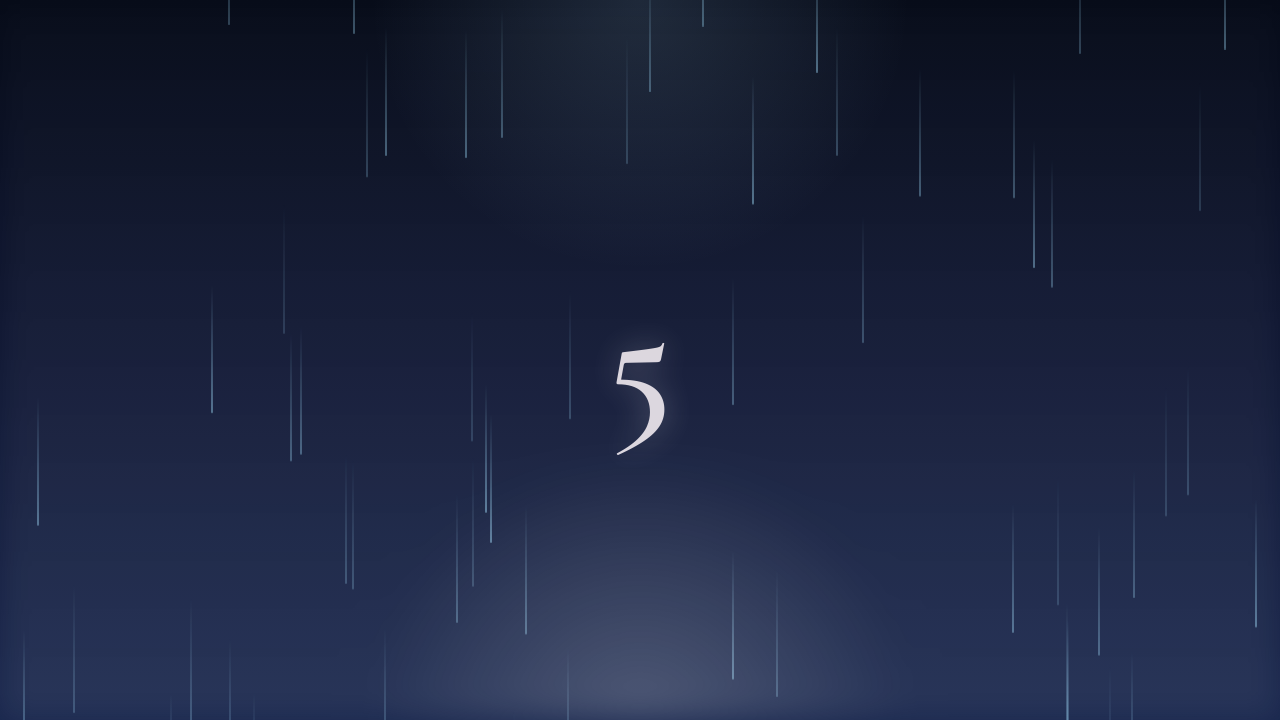
Repository: muhamadfadly-18/Aorelria
Page: index.html
An editor plug-in stored every save of this project. The page is shown before and after the next save, followed by the edit.
The browser window is 1280 px wide. The pictures show the whole page.
Some web fonts or font styles are not loaded; a fallback is used.

Above is the page before, as saved 2026-05-07 15:08:17.
Console error: ReferenceError: setupMemoryScene is not defined

### index.html
<!doctype html>
<html lang="id">
  <head>
    <meta charset="UTF-8" />
    <meta name="viewport" content="width=device-width, initial-scale=1.0" />
    <title>Untuk Kamu</title>
    <link rel="preconnect" href="https://fonts.googleapis.com" />
    <link rel="preconnect" href="https://fonts.gstatic.com" crossorigin />
    <link
      href="https://fonts.googleapis.com/css2?family=Cormorant+Garamond:wght@400;500;600;700&family=Marhey:wght@400;700&family=Nunito:wght@400;600;700&display=swap"
      rel="stylesheet"
    />
    <link rel="stylesheet" href="style.css" />
  </head>
  <body>
    <audio id="bgMusic" loop autoplay preload="auto">
      <source src="assets/music/Kiss the Rain.mp3" type="audio/mp3" />
    </audio>

    <section class="intro-screen" id="introScreen">
      <div class="intro-screen__rain" aria-hidden="true" id="rainLayer"></div>
      <div class="intro-screen__mist"></div>
      <div class="intro-screen__content">
        <div class="intro-screen__countdown" id="countdownText">5</div>
        <button
          class="primary-button intro-screen__button hidden"
          id="beginBtn"
          type="button"
        >
          Mulai Cerita
        </button>
      </div>
    </section>

    <div class="loading-screen hidden" id="loadingScreen">
      <div class="loading-screen__stars"></div>
      <div class="loading-screen__content">
        <div class="loading-screen__moon"></div>
        <p class="loading-screen__eyebrow" id="loadingLabel">
          moonlight loading
        </p>
        <h1 class="loading-screen__title" id="loadingTitle">
          Loading Love Story
        </h1>
        <div class="loading-screen__bar">
          <div class="loading-screen__fill" id="loadingFill"></div>
        </div>
      </div>
    </div>

    <section class="montage-section hidden" id="montageSection">
      <div class="montage-section__bg"></div>
      <div
        class="montage-section__rain"
        aria-hidden="true"
        id="montageRain"
      ></div>
      <div class="montage-shell">
        <div class="montage-orb montage-orb--left"></div>
        <div class="montage-orb montage-orb--right"></div>
        <div class="montage-track" id="montageTrack"></div>
      </div>
    </section>

    <section class="game-section hidden" id="gameSection">
      <div class="game-section__bg"></div>
      <div class="game-panel">
        <p class="game-panel__eyebrow">mini game cinta</p>
        <h2 class="game-panel__title">Tembak Hati Dengan Lembut</h2>
        <p class="game-panel__text">
          Kumpulkan 10 hati. Panel ini dibuat kecil di atas supaya panggungnya
          tetap bersih.
        </p>
        <div class="game-panel__score">Score <span id="score">0</span>/10</div>
      </div>

      <div class="archer-stage">
        <div class="hearts-container" id="heartsContainer"></div>
        <div class="arrow-layer" id="arrowLayer"></div>
        <div class="archer-bow" aria-hidden="true">
          <div class="archer-bow__glow"></div>
          <div class="archer-bow__body"></div>
          <div class="archer-bow__string"></div>
          <div class="archer-bow__arrow"></div>
        </div>
      </div>
    </section>

    <section class="memory-section hidden" id="bookSection">
      <div class="memory-section__glow"></div>
      <div class="memory-section__icons" aria-hidden="true">
        <span>✦</span>
        <span>♡</span>
        <span>☾</span>
        <span>✿</span>
        <span>♫</span>
        <span>✧</span>
        <span>♡</span>
        <span>☁</span>
      </div>

      <div class="memory-layout">
        <header class="memory-hero">
          <h2 class="memory-hero__title">Kumpulan Kenangan Kecil Buat Kamu</h2>

          <div class="memory-hero__progress">
            Kenangan terbuka <span id="memoryCount">0</span>/6
          </div>
        </header>

        <div class="memory-stage">
          <aside class="memory-rail" id="memoryNodes">
            <button class="memory-node" type="button" data-memory="0">
              <span class="memory-node__number">01</span>
              <span class="memory-node__label">First Glow</span>
            </button>
            <button class="memory-node" type="button" data-memory="1">
              <span class="memory-node__number">02</span>
              <span class="memory-node__label">Soft Smile</span>
            </button>
            <button class="memory-node" type="button" data-memory="2">
              <span class="memory-node__number">03</span>
              <span class="memory-node__label">Little Talk</span>
            </button>
            <button class="memory-node" type="button" data-memory="3">
              <span class="memory-node__number">04</span>
              <span class="memory-node__label">Moon Scene</span>
            </button>
            <button class="memory-node" type="button" data-memory="4">
              <span class="memory-node__number">05</span>
              <span class="memory-node__label">Warm World</span>
            </button>
            <button class="memory-node" type="button" data-memory="5">
              <span class="memory-node__number">06</span>
              <span class="memory-node__label">Last Note</span>
            </button>
          </aside>
          <div class="dream-world" id="dreamWorld">
            <div class="dream-world__moon"></div>
            <div class="dream-world__mist"></div>

            <div class="memory-tree">
              <div class="tree-trunk"></div>

              <div class="tree-leaves"></div>

              <button class="memory-fruit" data-memory="0">🍎</button>

              <button class="memory-fruit" data-memory="1">🍑</button>

              <button class="memory-fruit" data-memory="2">🍒</button>

              <button class="memory-fruit" data-memory="3">🍓</button>

              <button class="memory-fruit" data-memory="4">🍊</button>

              <button class="memory-fruit" data-memory="5">✨</button>
            </div>
          </div>
          <article class="memory-card" id="memoryCard">
            <div
              class="memory-card__sparkles"
              id="memoryParticles"
              aria-hidden="true"
            ></div>
            <div class="memory-card__badge" id="memoryBadge">memory 01</div>
            <img
              class="memory-card__image"
              id="memoryImage"
              src="assets/images/memory-photo-01.jpeg"
              alt="Kenangan utama"
            />
            <div class="memory-card__content">
              <h3 class="memory-card__title" id="memoryTitle">
                Kalau Hari Itu Diulang
              </h3>
              <p class="memory-card__subtitle" id="memorySubtitle">
                soft sky, quiet heart
              </p>
              <div class="memory-dialogue">
                <div class="memory-dialogue__meta">
                  <span class="memory-dialogue__speaker" id="memorySpeaker"
                    >Narrator</span
                  >
                  <span class="memory-dialogue__chapter" id="memoryChapter"
                    >Episode 01</span
                  >
                </div>
                <p class="memory-card__text" id="memoryText">
                  Kamu bikin hari biasa terasa lebih indah.
                </p>
                <div class="memory-dialogue__tags">
                  <span class="memory-tag" id="memoryMood">dreamy</span>
                  <span class="memory-tag" id="memoryTag">soft route</span>
                </div>
              </div>
            </div>
          </article>
        </div>

        <div class="memory-finale">
          <button class="primary-button hidden" id="closeBook" type="button">
            Lihat Ending
          </button>
        </div>
      </div>

      <div class="final-message hidden" id="finalMessage">
        <p class="final-message__eyebrow">the softest ending</p>
        <h1>Semua Kenangan Ini Tetap Punya Tempat Yang Cantik</h1>
        <p>
          Dan kalau suatu hari kamu membaca semuanya lagi, semoga kamu bisa
          merasakan betapa hangatnya cara kamu pernah tinggal di hati seseorang.
        </p>
      </div>
    </section>

    <script src="script.js"></script>
  </body>
</html>

### script.js
const introScreen = document.getElementById("introScreen");
const rainLayer = document.getElementById("rainLayer");
const countdownText = document.getElementById("countdownText");
const beginBtn = document.getElementById("beginBtn");
const loadingScreen = document.getElementById("loadingScreen");
const loadingFill = document.getElementById("loadingFill");
const loadingLabel = document.getElementById("loadingLabel");
const loadingTitle = document.getElementById("loadingTitle");
const montageSection = document.getElementById("montageSection");
const montageTrack = document.getElementById("montageTrack");
const montageRain = document.getElementById("montageRain");
const gameSection = document.getElementById("gameSection");
const heartsContainer = document.getElementById("heartsContainer");
const arrowLayer = document.getElementById("arrowLayer");
const memoryNodes = document.querySelectorAll(".memory-node");
const memoryCount = document.getElementById("memoryCount");
const memoryCard = document.getElementById("memoryCard");
const memoryParticles = document.getElementById("memoryParticles");
const memoryBadge = document.getElementById("memoryBadge");
const memoryImage = document.getElementById("memoryImage");
const memoryTitle = document.getElementById("memoryTitle");
const memorySubtitle = document.getElementById("memorySubtitle");
const memoryText = document.getElementById("memoryText");
const memorySpeaker = document.getElementById("memorySpeaker");
const memoryChapter = document.getElementById("memoryChapter");
const memoryMood = document.getElementById("memoryMood");
const memoryTag = document.getElementById("memoryTag");
const music = document.getElementById("bgMusic");
const closeBook = document.getElementById("closeBook");
const finalMessage = document.getElementById("finalMessage");
const scoreText = document.getElementById("score");

const GAME_TARGET = 10;
const HEART_SPAWN_MS = 1400;
const HEART_LIFETIME_MS = 9800;
const MONTAGE_DURATION_MS = 5200;

let score = 0;
let gameIntervalId = null;
let gameFinished = false;
let journeyStarted = false;
let typingTimer = null;
let openedMemories = new Set();

const montageMedia = [
  ...Array.from({ length: 57 }, (_, index) => `assets/images/memory-photo-${String(index + 1).padStart(2, "0")}.jpeg`),
  ...Array.from({ length: 6 }, (_, index) => `assets/images/memory-video-${String(index + 1).padStart(2, "0")}.mp4`)
];

const memories = [
  {
    badge: "memory 01",
    image: "assets/images/memory-photo-01.jpeg",
    title: "Kalau Hari Itu Diulang",
    subtitle: "soft sky, quiet heart",
    text: "Kamu bikin hari biasa terasa lebih indah.",
    speaker: "Narrator",
    chapter: "Episode 01",
    mood: "dreamy",
    tag: "first glow"
  },
  {
    badge: "memory 02",
    image: "assets/images/memory-photo-08.jpeg",
    title: "Senyum Yang Datang Pelan",
    subtitle: "warm light, shy eyes",
    text: "Senyum kamu datang pelan, tapi tinggal lama.",
    speaker: "Heart Note",
    chapter: "Episode 02",
    mood: "gentle",
    tag: "soft smile"
  },
  {
    badge: "memory 03",
    image: "assets/images/memory-photo-16.jpeg",
    title: "Obrolan Yang Tidak Berat",
    subtitle: "rain song, little spark",
    text: "Obrolan sederhana itu ternyata jadi kenangan manis.",
    speaker: "Moon Diary",
    chapter: "Episode 03",
    mood: "warm",
    tag: "little talk"
  },
  {
    badge: "memory 04",
    image: "assets/images/memory-photo-24.jpeg",
    title: "Tatapan Yang Lama Tinggal",
    subtitle: "moon dust, anime night",
    text: "Ada tatapan singkat yang susah pergi dari kepala.",
    speaker: "Night Scene",
    chapter: "Episode 04",
    mood: "cinematic",
    tag: "moon scene"
  },
  {
    badge: "memory 05",
    image: "assets/images/memory-photo-33.jpeg",
    title: "Versi Dunia Yang Lebih Lembut",
    subtitle: "petals, soft steps",
    text: "Sejak ada kamu, dunia terasa lebih lembut.",
    speaker: "Dream Route",
    chapter: "Episode 05",
    mood: "tender",
    tag: "warm world"
  },
  {
    badge: "memory 06",
    image: "assets/images/memory-photo-41.jpeg",
    title: "Kenangan Yang Tidak Ingin Hilang",
    subtitle: "last glow, forever note",
    text: "Kalau jadi kenangan, semoga ini tetap jadi yang paling cantik.",
    speaker: "Final Note",
    chapter: "Episode 06",
    mood: "forever",
    tag: "last note"
  }
];

function wait(ms) {
  return new Promise((resolve) => {
    window.setTimeout(resolve, ms);
  });
}

function createRain() {
  const fragment = document.createDocumentFragment();

  for (let index = 0; index < 80; index += 1) {
    const drop = document.createElement("span");
    drop.className = "rain-drop";
    drop.style.left = `${Math.random() * 100}%`;
    drop.style.animationDuration = `${Math.random() * 0.8 + 0.8}s`;
    drop.style.animationDelay = `${Math.random() * -1.2}s`;
    drop.style.opacity = `${Math.random() * 0.35 + 0.2}`;
    fragment.appendChild(drop);
  }

  rainLayer.appendChild(fragment);
}

function createMontageRain() {
  const fragment = document.createDocumentFragment();

  for (let index = 0; index < 55; index += 1) {
    const drop = document.createElement("span");
    drop.className = "montage-rain-drop";
    drop.style.left = `${Math.random() * 100}%`;
    drop.style.animationDuration = `${Math.random() * 0.9 + 0.9}s`;
    drop.style.animationDelay = `${Math.random() * -1.4}s`;
    drop.style.opacity = `${Math.random() * 0.22 + 0.15}`;
    fragment.appendChild(drop);
  }

  montageRain.appendChild(fragment);
}

function createMontageMediaElement(mediaPath, index) {
  if (mediaPath.endsWith(".mp4")) {
    const video = document.createElement("video");
    video.src = mediaPath;
    video.autoplay = true;
    video.muted = true;
    video.loop = true;
    video.playsInline = true;
    return video;
  }

  const image = document.createElement("img");
  image.src = mediaPath;
  image.alt = `Montage media ${index + 1}`;
  return image;
}

function buildMontageScene() {
  montageMedia.forEach((mediaPath, index) => {
    const card = document.createElement("figure");
    card.className = "montage-card";
    card.appendChild(createMontageMediaElement(mediaPath, index));
    montageTrack.appendChild(card);
  });

  positionMontageCards();
}

function positionMontageCards() {
  const cards = montageTrack.querySelectorAll(".montage-card");
  const total = cards.length;
  const radius = window.innerWidth <= 768 ? 150 : 280;

  cards.forEach((card, index) => {
    const phi = Math.acos(-1 + (2 * index) / total);
    const theta = Math.sqrt(total * Math.PI) * phi;
    const x = radius * Math.cos(theta) * Math.sin(phi);
    const y = radius * Math.sin(theta) * Math.sin(phi);
    const z = radius * Math.cos(phi);

    card.style.left = "50%";
    card.style.top = "50%";
    card.style.transform = `translate(-50%, -50%) translate3d(${x}px, ${y}px, ${z}px)`;
  });
}

function startMusic() {
  music.volume = 0.55;
  music.currentTime = music.currentTime || 0;
  music.play().catch(() => {
    beginBtn.classList.remove("hidden");
  });
}

function typeText(element, text) {
  if (!element) {
    return;
  }

  const fullText = text || element.dataset.text || element.textContent.trim();
  window.clearInterval(typingTimer);
  element.textContent = "";

  let index = 0;
  typingTimer = window.setInterval(() => {
    element.textContent += fullText.charAt(index);
    index += 1;

    if (index >= fullText.length) {
      window.clearInterval(typingTimer);
    }
  }, 18);
}

function burstMemoryParticles() {
  const rect = memoryCard.getBoundingClientRect();

  for (let index = 0; index < 12; index += 1) {
    const particle = document.createElement("span");
    particle.className = "memory-particle";
    particle.style.left = `${rect.left + rect.width / 2}px`;
    particle.style.top = `${rect.top + rect.height / 3}px`;
    particle.style.setProperty("--move-x", `${Math.random() * 180 - 90}px`);
    particle.style.setProperty("--move-y", `${Math.random() * -130 - 40}px`);
    memoryParticles.appendChild(particle);

    window.setTimeout(() => {
      particle.remove();
    }, 1300);
  }
}

async function runLoadingSequence(title, label, duration = 1800) {
  loadingTitle.textContent = title;
  loadingLabel.textContent = label;
  loadingFill.style.width = "0%";
  loadingScreen.classList.remove("hidden");

  const startedAt = Date.now();

  while (true) {
    const elapsed = Date.now() - startedAt;
    const progress = Math.min(100, Math.round((elapsed / duration) * 100));
    loadingFill.style.width = `${progress}%`;

    if (progress >= 100) {
      break;
    }

    await wait(18);
  }

  await wait(250);
  loadingScreen.classList.add("hidden");
}

function getArrowStartPoint() {
  return {
    x: window.innerWidth / 2 - 10,
    y: window.innerHeight - 108
  };
}

function stickArrowOnHeart(heart) {
  if (!heart.isConnected) {
    return;
  }

  const impact = document.createElement("span");
  impact.className = "heart__impact";

  const feather = document.createElement("span");
  feather.className = "heart__feather";
  impact.appendChild(feather);

  heart.appendChild(impact);
  heart.classList.add("is-hit");

  window.setTimeout(() => {
    heart.remove();
  }, 2100);
}

function launchArrow(targetHeart) {
  const start = getArrowStartPoint();
  const targetRect = targetHeart.getBoundingClientRect();
  const end = {
    x: targetRect.left + targetRect.width / 2,
    y: targetRect.top + targetRect.height / 2
  };

  const deltaX = end.x - start.x;
  const deltaY = end.y - start.y;
  const distance = Math.hypot(deltaX, deltaY);
  const angle = Math.atan2(deltaY, deltaX) * (180 / Math.PI);

  const arrow = document.createElement("div");
  arrow.className = "arrow-shot";
  arrow.style.left = `${start.x}px`;
  arrow.style.top = `${start.y}px`;
  arrow.style.width = `${distance}px`;
  arrow.style.transform = `rotate(${angle}deg) scaleX(0.18)`;
  arrow.style.opacity = "0";

  const arrowFeather = document.createElement("span");
  arrowFeather.className = "arrow-shot__feather";
  arrow.appendChild(arrowFeather);
  arrowLayer.appendChild(arrow);

  requestAnimationFrame(() => {
    arrow.style.transition = "transform 420ms cubic-bezier(0.2, 0.7, 0.22, 1), opacity 140ms ease";
    arrow.style.transform = `rotate(${angle}deg) scaleX(1)`;
    arrow.style.opacity = "1";
  });

  window.setTimeout(() => {
    arrow.style.transition = "opacity 180ms ease";
    arrow.style.opacity = "0";
    stickArrowOnHeart(targetHeart);
  }, 430);

  window.setTimeout(() => {
    arrow.remove();
  }, 640);
}

function updateScore() {
  scoreText.textContent = String(score);

  if (score >= GAME_TARGET && !gameFinished) {
    gameWin();
  }
}

function handleHeartHit(heart) {
  if (gameFinished || heart.dataset.hit === "true") {
    return;
  }

  heart.dataset.hit = "true";
  heart.disabled = true;
  score += 1;
  updateScore();
  launchArrow(heart);
}

function createHeart() {
  if (gameFinished) {
    return;
  }

  const heart = document.createElement("button");
  heart.type = "button";
  heart.className = "heart";
  heart.style.left = `${Math.random() * 82 + 6}vw`;
  heart.style.bottom = `${Math.random() * 14 - 12}vh`;
  heart.style.animationDuration = `${Math.random() * 2 + 6.4}s`;
  heart.style.setProperty("--heart-scale", `${Math.random() * 0.22 + 0.94}`);
  heart.setAttribute("aria-label", "Heart target");

  const heartLabel = document.createElement("span");
  heartLabel.className = "heart__label";
  heartLabel.textContent = "❤";
  heart.appendChild(heartLabel);

  heart.addEventListener("click", () => {
    handleHeartHit(heart);
  }, { once: true });

  heartsContainer.appendChild(heart);

  window.setTimeout(() => {
    if (heart.dataset.hit !== "true") {
      heart.remove();
    }
  }, HEART_LIFETIME_MS);
}

function startGame() {
  score = 0;
  gameFinished = false;
  heartsContainer.innerHTML = "";
  arrowLayer.innerHTML = "";
  updateScore();

  createHeart();
  gameIntervalId = window.setInterval(createHeart, HEART_SPAWN_MS);
}

async function gameWin() {
  gameFinished = true;

  if (gameIntervalId) {
    window.clearInterval(gameIntervalId);
    gameIntervalId = null;
  }

  heartsContainer.innerHTML = "";
  arrowLayer.innerHTML = "";
  gameSection.classList.add("hidden");
  montageSection.classList.remove("hidden");
  await wait(MONTAGE_DURATION_MS);
  montageSection.classList.add("hidden");
  await runLoadingSequence("Membuka Kenangan Terindah", "anime memories and soft light", 1900);

}



async function startJourney() {
  if (journeyStarted) {
    return;
  }

  journeyStarted = true;
  introScreen.classList.add("hidden");
  startMusic();
  await runLoadingSequence("Loading Love Story", "after the rain", 1900);
  gameSection.classList.remove("hidden");
  startGame();
}

async function runCountdown() {
  startMusic();
  const numbers = ["5", "4", "3", "2", "1"];

  for (const number of numbers) {
    countdownText.textContent = number;
    await wait(900);
  }

  countdownText.textContent = "go";
  await wait(700);
  beginBtn.classList.remove("hidden");
  startJourney();
}


beginBtn.addEventListener("click", () => {
  startJourney();
});

window.addEventListener("pointerdown", startMusic, { once: true });
window.addEventListener("resize", positionMontageCards);

createRain();
createMontageRain();
buildMontageScene();
setupMemoryScene();
runCountdown();


const dreamWorld = document.getElementById("dreamWorld");

let playerX = 180;
let playerY = 280;

const speed = 12;
const keys = {};

document.addEventListener("keydown", (e) => {
  keys[e.key.toLowerCase()] = true;
});

document.addEventListener("keyup", (e) => {
  keys[e.key.toLowerCase()] = false;
});

function movePlayer() {
  if (!dreamWorld) {
    return;
  }

  if (keys["w"]) playerY -= speed;
  if (keys["s"]) playerY += speed;
  if (keys["a"]) playerX -= speed;
  if (keys["d"]) playerX += speed;

  const bounds = dreamWorld.getBoundingClientRect();
  const size = player.offsetWidth || 58;
  const maxX = Math.max(0, bounds.width - size);
  const maxY = Math.max(0, bounds.height - size);

  playerX = Math.max(0, Math.min(playerX, maxX));
  playerY = Math.max(0, Math.min(playerY, maxY));

  player.style.left = `${playerX}px`;
  player.style.top = `${playerY}px`;

  requestAnimationFrame(movePlayer);
}

movePlayer();

const orbs = document.querySelectorAll(".memory-orb");

orbs.forEach((orb) => {
  orb.addEventListener("click", () => {
    const memoryIndex = Number(orb.dataset.memory);
    orb.classList.add("opened");
    orb.style.opacity = "0.24";
    orb.style.transform = "scale(1.22)";
    revealMemory(memoryIndex);
  });
});

Loaded but not shown: style.css (1221 lines, source omitted)

After the next save:
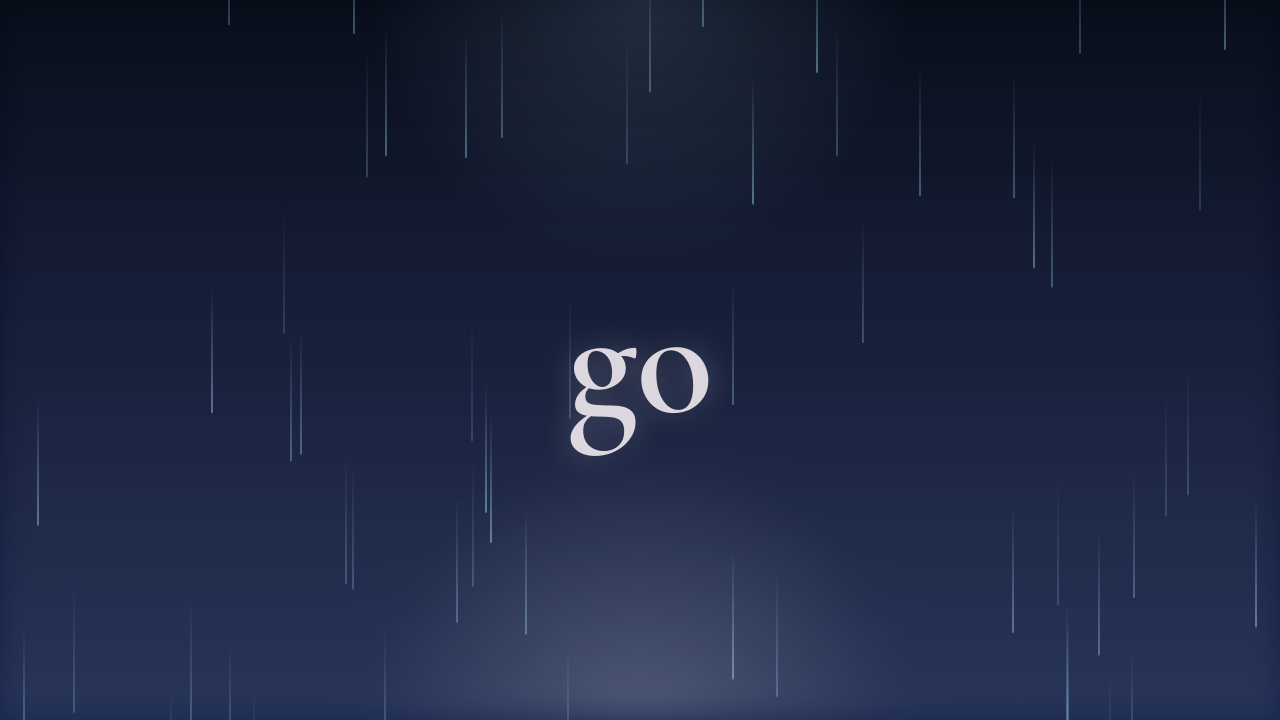
Console error: ReferenceError: player is not defined
Saved 6 s later.
--- a/script.js
+++ b/script.js
@@ -422,6 +422,46 @@
 }
 
 
+function revealMemory(index) {
+  const memory = memories[index];
+
+  if (!memory) {
+    return;
+  }
+
+  openedMemories.add(index);
+  updateMemoryProgress();
+
+  memoryBadge.textContent = memory.badge;
+  memoryImage.src = memory.image;
+  memoryTitle.textContent = memory.title;
+  memorySubtitle.textContent = memory.subtitle;
+  memorySpeaker.textContent = memory.speaker;
+  memoryChapter.textContent = memory.chapter;
+  memoryMood.textContent = memory.mood;
+  memoryTag.textContent = memory.tag;
+  memoryText.textContent = "";
+  typeText(memoryText, memory.text);
+
+  memoryCard.classList.remove("is-revealing");
+  void memoryCard.offsetWidth;
+  memoryCard.classList.add("is-revealing");
+  burstMemoryParticles();
+
+  memoryNodes.forEach((node) => {
+    const isCurrent = Number(node.dataset.memory) === index;
+    node.classList.toggle("is-open", openedMemories.has(Number(node.dataset.memory)));
+    node.classList.toggle("is-active", isCurrent);
+  });
+}
+
+function setupMemoryScene() {
+  memoryNodes.forEach((node) => {
+    node.addEventListener("click", () => {
+      revealMemory(Number(node.dataset.memory));
+    });
+  });
+}
 
 async function startJourney() {
   if (journeyStarted) {
